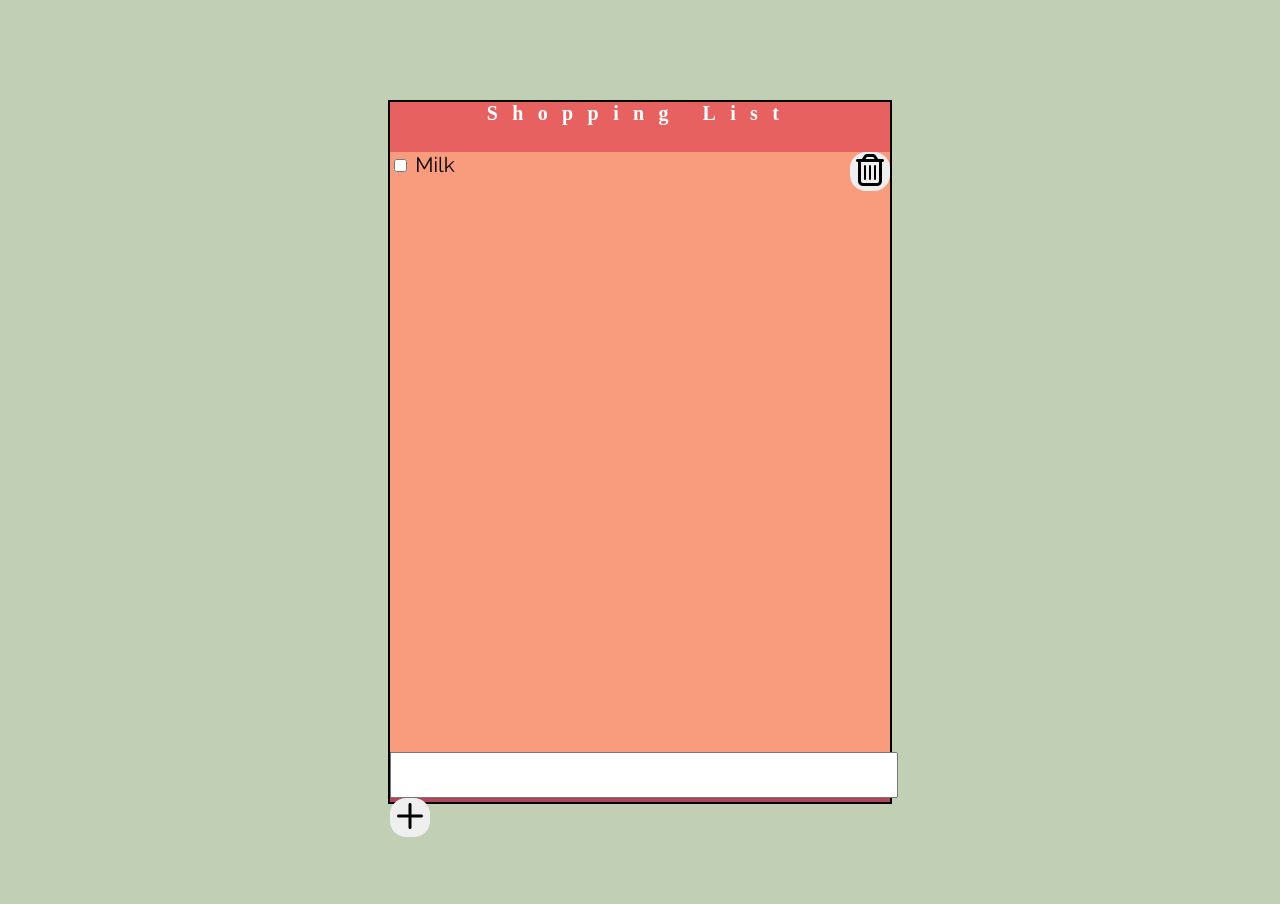
Repository: sephinejo/shopping-list-app
Page: index.html
An editor plug-in stored every save of this project. The page is shown before and after the next save, followed by the edit.
The browser window is 1280 px wide. The pictures show the whole page.
Some web fonts or font styles are not loaded; a fallback is used. Some web libraries are served in a nearby version.

Above is the page before, as saved 2023-05-11 22:54:57.

After the next save:
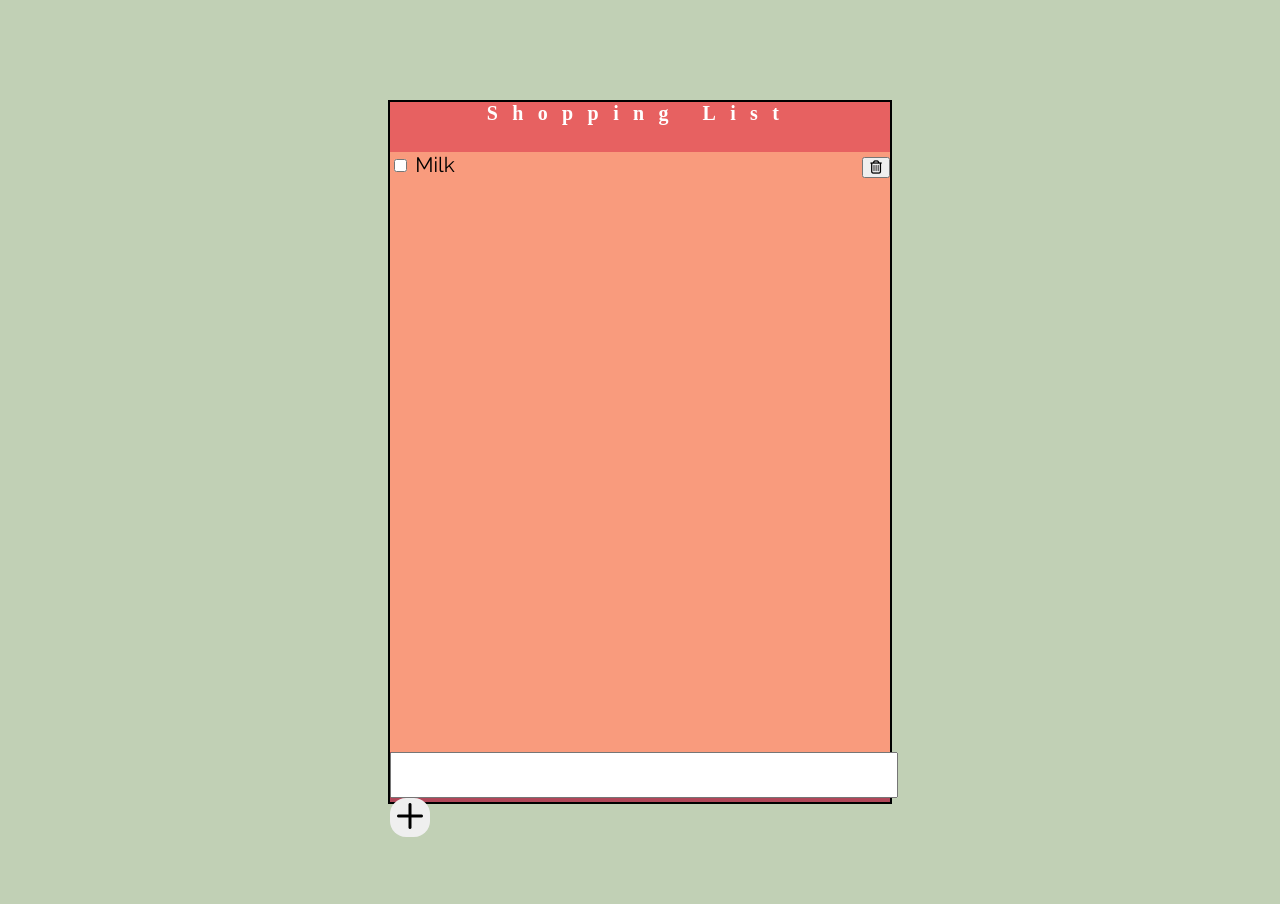
Saved 12 s later.
--- a/style.css
+++ b/style.css
@@ -54,7 +54,7 @@ footer {
   font-size: 1.4rem;
 }
 
-button {
+.add {
   border-style: none;
   border-radius: 1rem;
   cursor: pointer;
